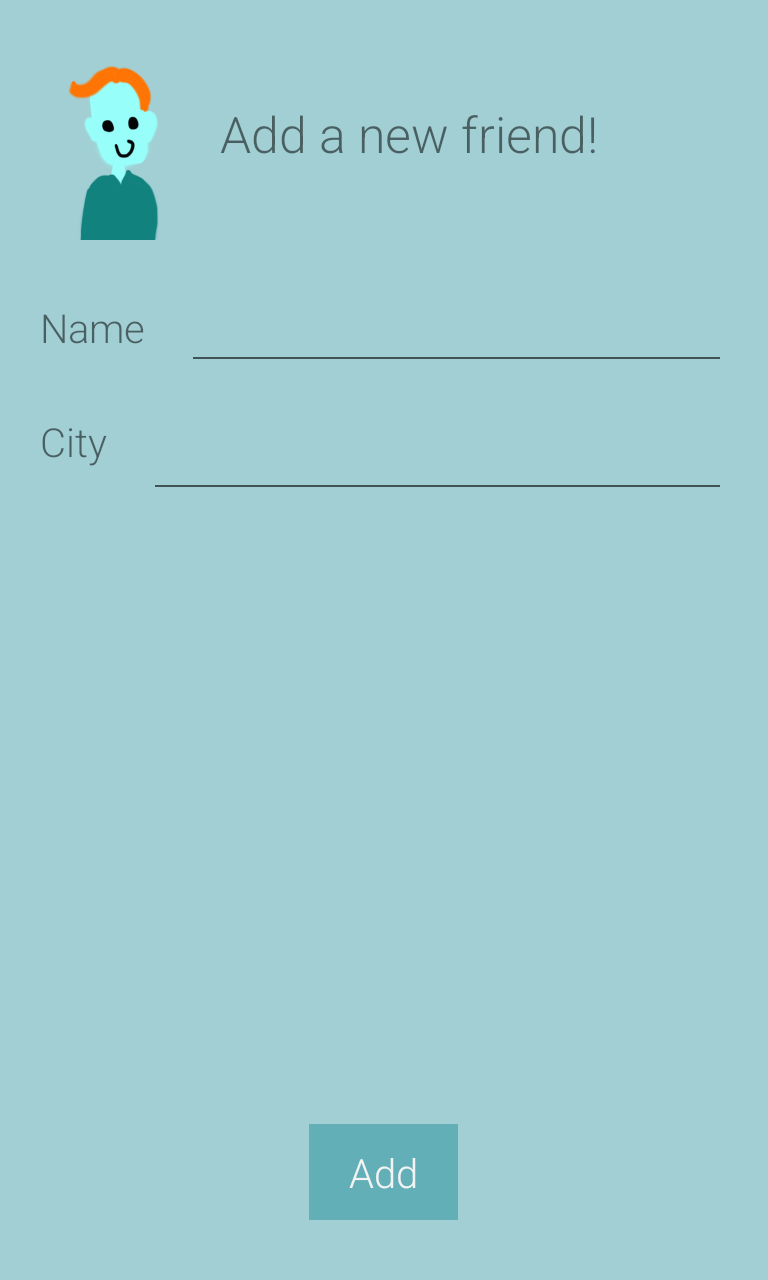
Repository: hinasakazaki/WeatherWithFriends
Layout: WeatherWithFriends/res/layout/add_fragment.xml
The author's editor kept a copy of each file at every save. The layout is drawn from the files as they stood at one save, then again after the next save.
It is drawn on a 768 x 1280 px phone screen (xhdpi) without system bars, with theme AppTheme; the app's code is not run.

Above is the layout before, as saved 2014-06-10 00:03:13.

After the next save:
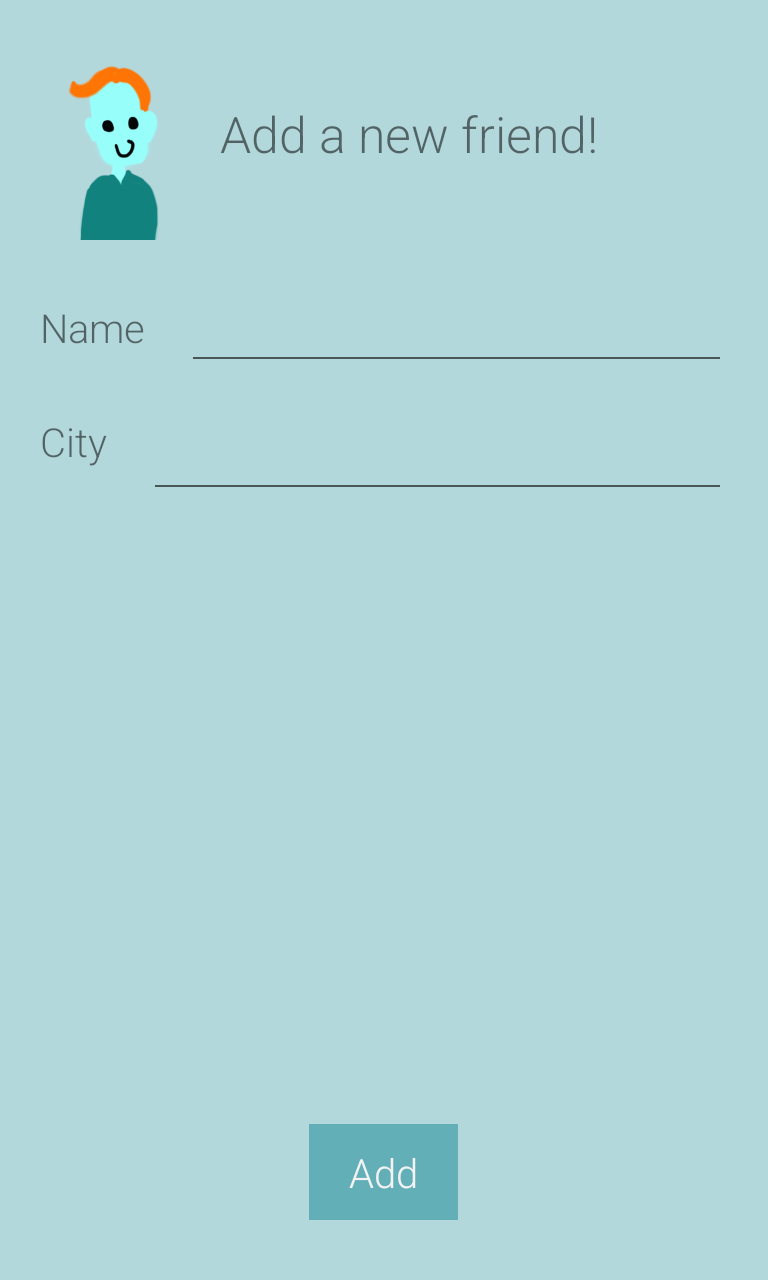
Saved 36 s later.
--- a/WeatherWithFriends/res/layout/add_fragment.xml
+++ b/WeatherWithFriends/res/layout/add_fragment.xml
@@ -3,7 +3,7 @@
     android:layout_width="match_parent"
     android:layout_height="match_parent"
     android:orientation="vertical"
-    android:background="#a1cfd4" >
+    android:background="#b3d8dc" >
 
     <!-- first row -->
 	   <ImageView android:id="@+id/icon"
